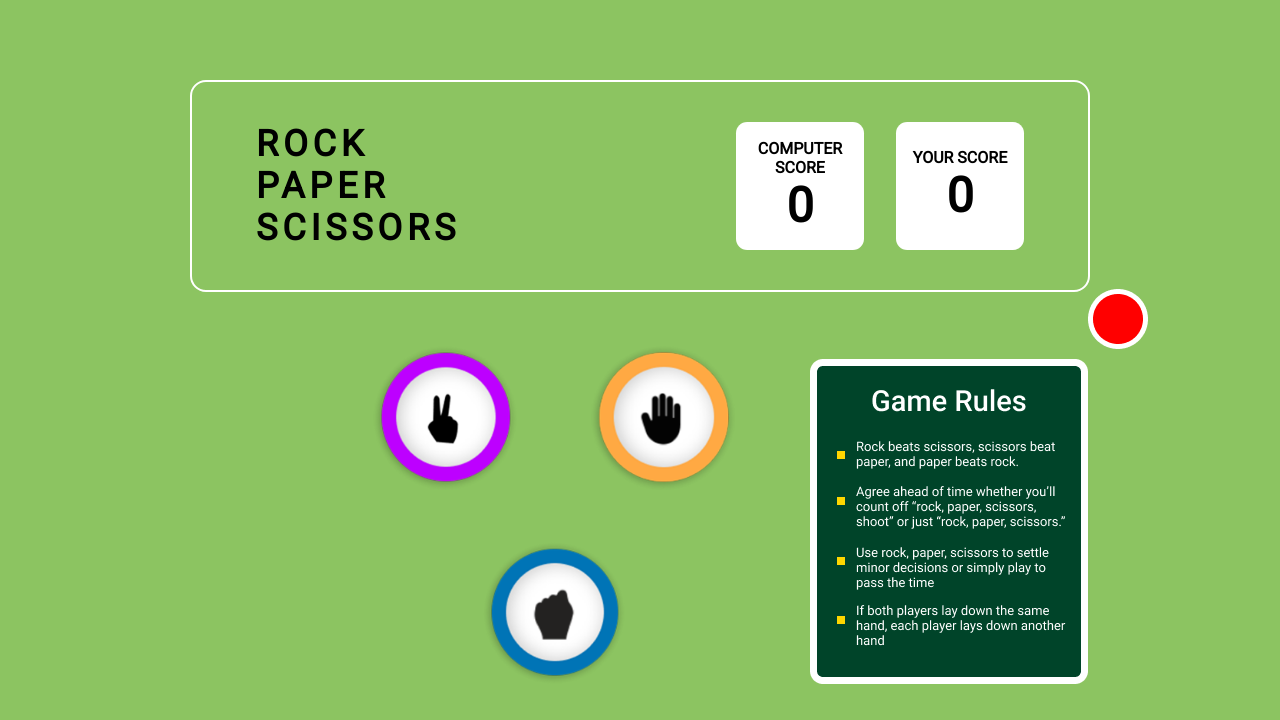
Repository: drumsmanku/Major-module-project-1
Page: index.html
An editor plug-in stored every save of this project. The page is shown before and after the next save, followed by the edit.
The browser window is 1280 px wide. The pictures show the whole page.

Above is the page before, as saved 2023-04-27 17:18:44.

After the next save:
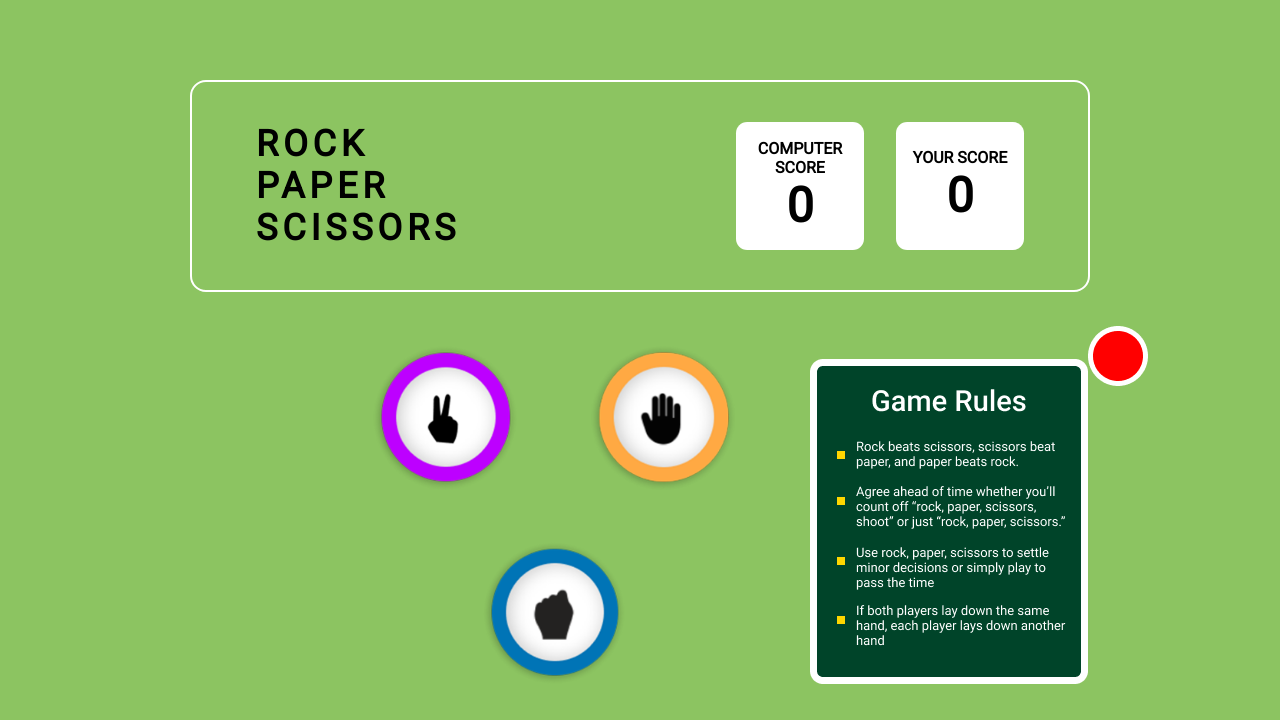
Saved 10 s later.
--- a/styles.css
+++ b/styles.css
@@ -130,7 +130,7 @@ body{
   cursor: pointer;
   z-index: 999;
   position: absolute;
-  top: -0.5;
+  top: -10%;
   left: 100%;
   bottom: 21rem;
 }
